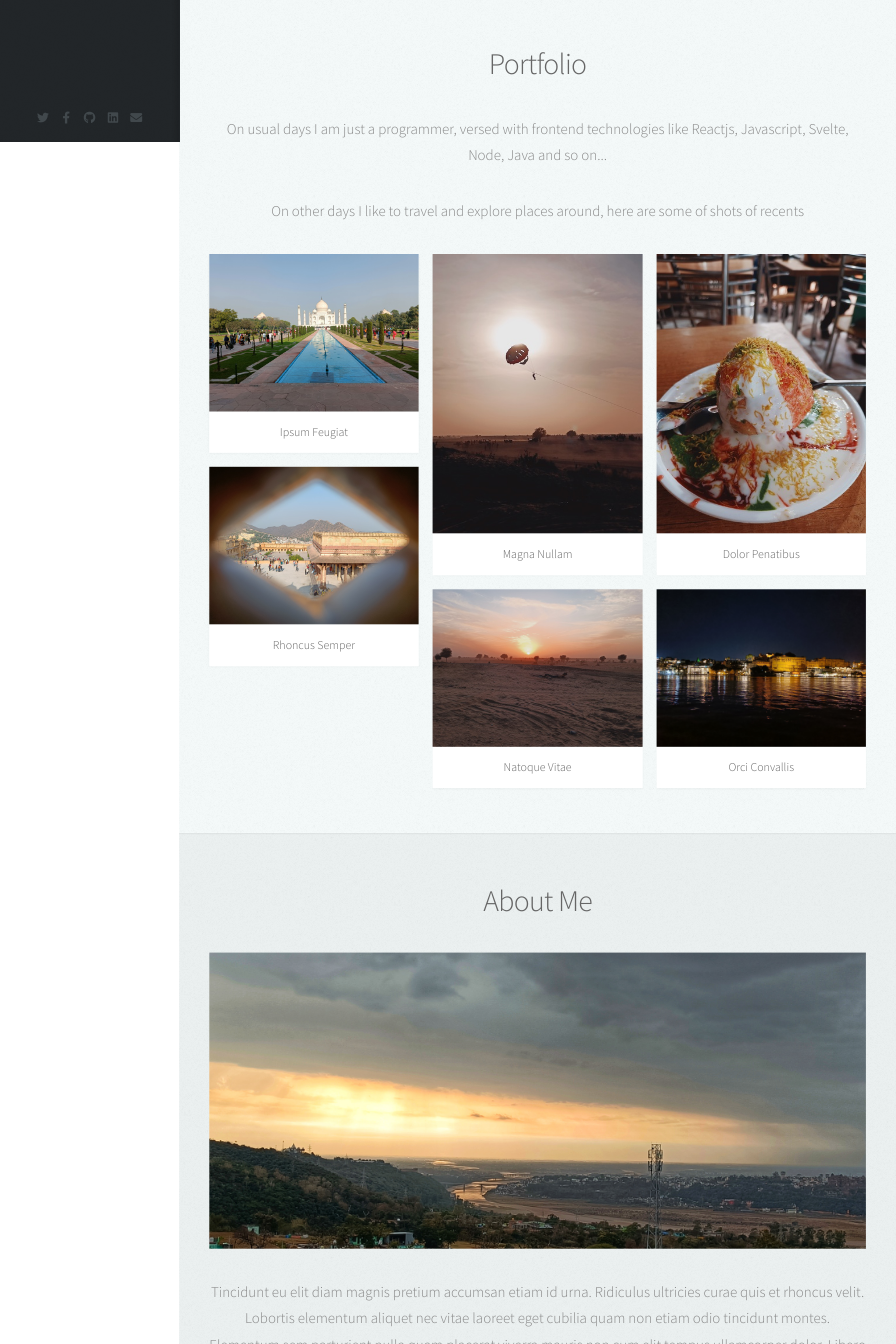
Repository: lovishchib/lovishchib.github.io
Page: index.html
These files come from the project's save history. The page is drawn as it stood at one moment and after the next save; the edit follows.
The browser window is 1280 px wide. The pictures show the part of the page from y = 517 to 2437 px (the page is 3615 px tall before and 3572 px after), at 70% of full size.

Above is the page before, as saved 2022-02-11 20:56:23.

After the next save:
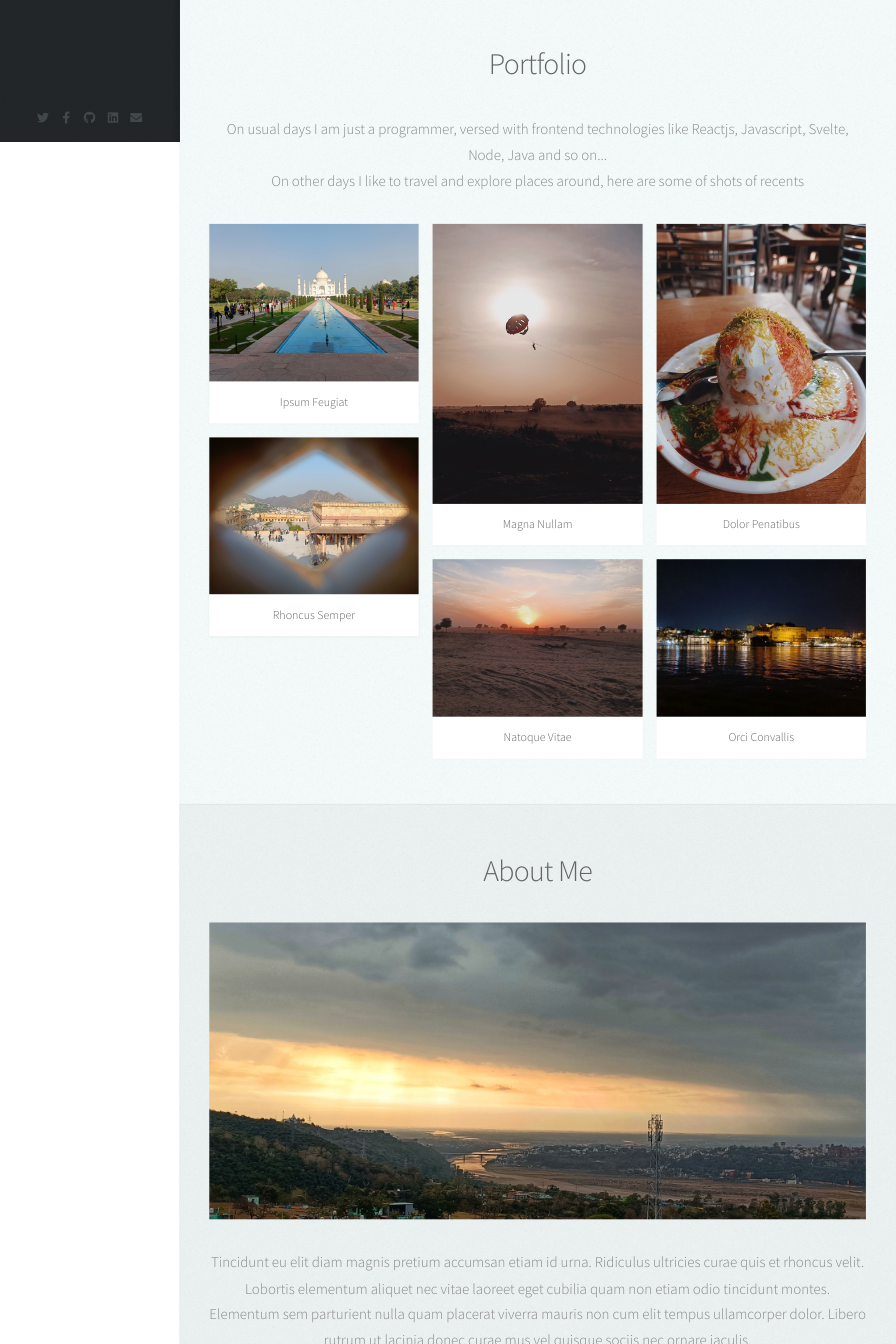
Saved 15 s later.
--- a/index.html
+++ b/index.html
@@ -80,8 +80,7 @@
 								<h2>Portfolio</h2>
 							</header>
 
-							<p>On usual days I am just a programmer, versed with frontend technologies like Reactjs, Javascript, Svelte, Node, Java and so on... </p>
-							<p>On other days I like to travel and explore places around, here are some of shots of recents</p>
+							<p>On usual days I am just a programmer, versed with frontend technologies like Reactjs, Javascript, Svelte, Node, Java and so on... <br/>On other days I like to travel and explore places around, here are some of shots of recents</p>
 
 							<div class="row">
 								<div class="col-4 col-12-mobile">
